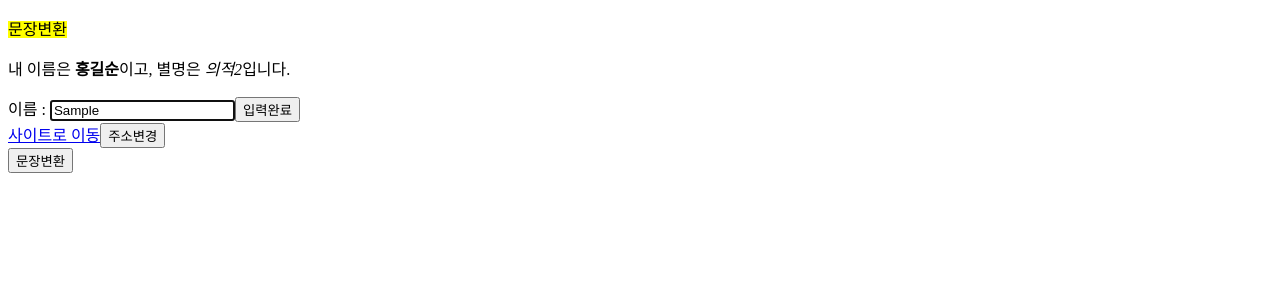
Repository: cdj6995/Web
Page: Lecture-Web/src/main/webapp/jquery/exam03.html
An editor plug-in stored every save of this project. The page is shown before and after the next save, followed by the edit.
The browser window is 1280 px wide. The pictures show the whole page.
Empty fields were first filled with sample values (such as "Sample", 5 or name@example.com).
After loading, the first visible `#btn03` was clicked once.

Above is the page before, as saved 2022-05-30 07:08:31.

After the next save:
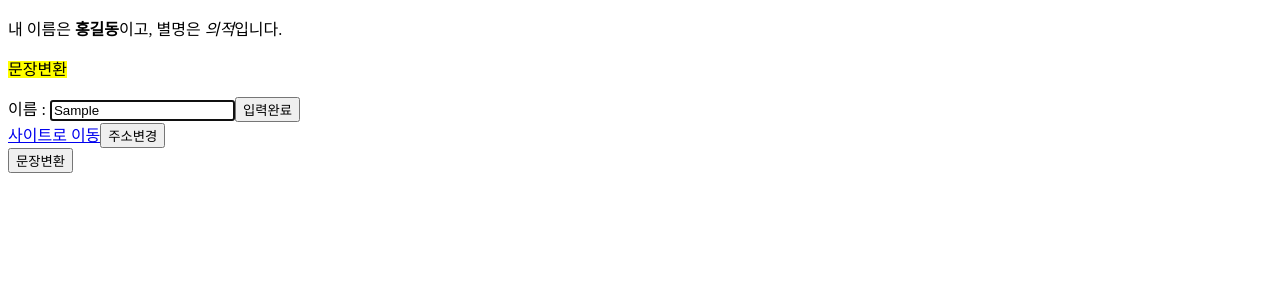
Saved 2 s later.
--- a/Lecture-Web/src/main/webapp/jquery/exam03.html
+++ b/Lecture-Web/src/main/webapp/jquery/exam03.html
@@ -23,7 +23,7 @@
 			})
 
 			$('#btn03').click(function(){
-				$('p').eq(0).html('<mark>문장변환</mark>')
+				$('p').eq(1).html('<mark>문장변환</mark>')
 			})
 
 		})
